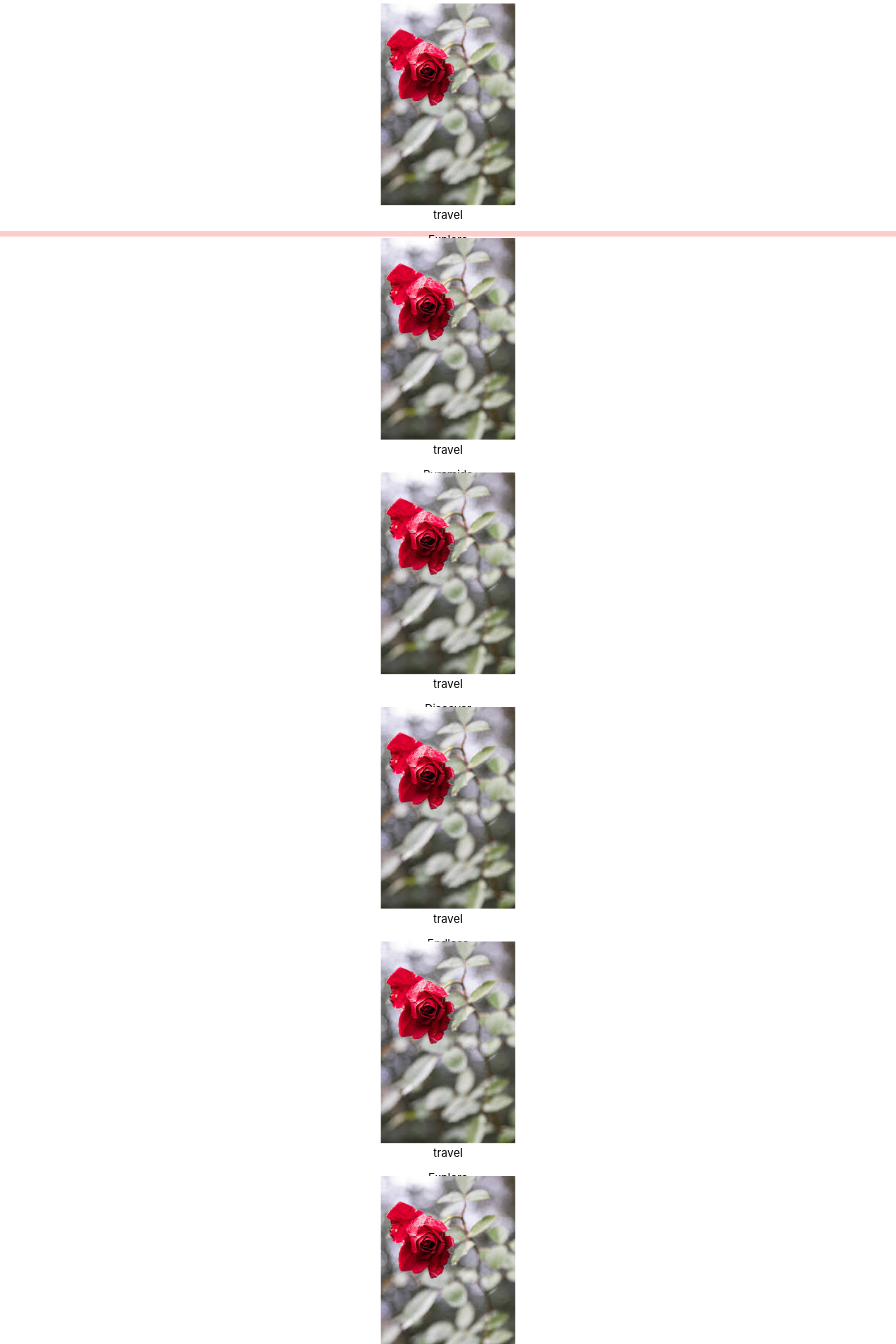
Repository: vakharia5/Preview
Page: /
An editor plug-in stored every save of this project. The page is shown before and after the next save, followed by the edit.
The browser window is 1280 px wide. The pictures show the part of the page from y = 0 to 1920 px (the page is 2698 px tall before and 2730 px after), at 70% of full size.
The project was rebuilt for these pictures with package versions that can differ from the ones it lists, and the page was loaded fresh each time.

Above is the page before, as saved 2020-06-22 15:28:29.

After the next save:
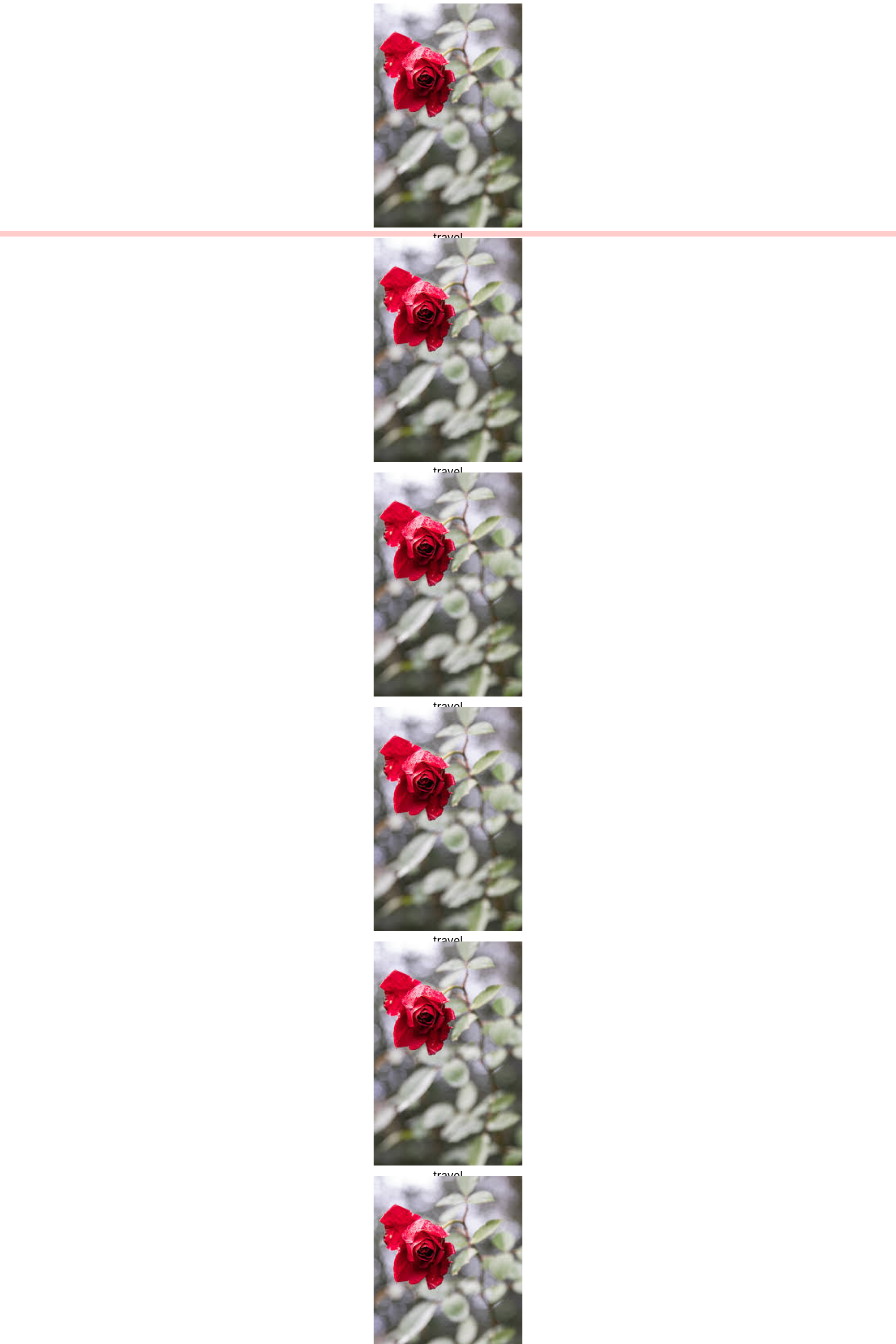
Saved 20 s later.
--- a/src/assets/css/Style.css
+++ b/src/assets/css/Style.css
@@ -7,7 +7,7 @@
 }
 
 .Image {
-    height: 18rem;
+    height: 100%
 
 
 }
